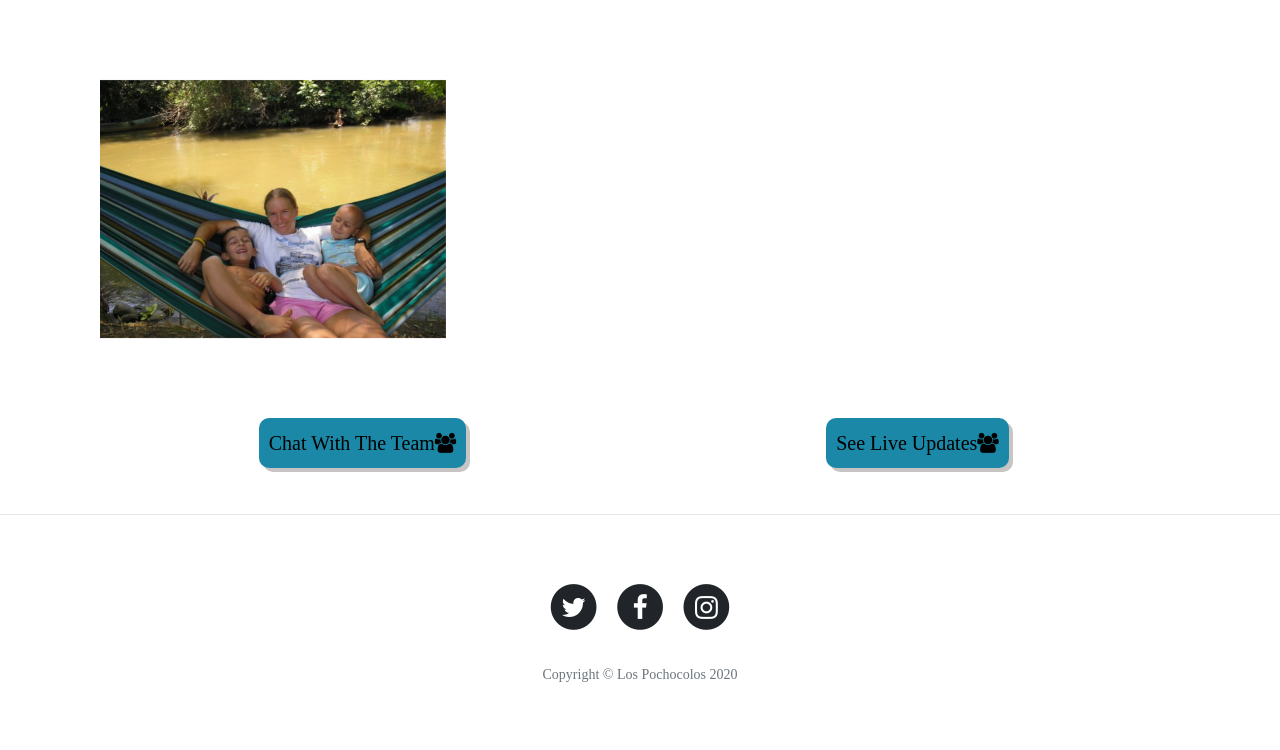
Repository: cachimiro/los-pochoclos
Page: http://localhost/charity
The author's editor kept a record of every edit. The page is drawn from the files as they stood at one moment, then again after the next edit.
The browser window is 1280 px wide. The pictures show the part of the page from y = 1029 to 1779 px (the page is 1779 px tall).
Some web libraries are served in a nearby version. The page is served by the project's application, run on Flask 3 (run.py). Other server files are loaded and not shown. Queries for data that is not in the repository find no rows.

Above is the page before.
Console error: ReferenceError: emailjs is not defined

### templates/charity.html
{% extends 'base.html' %}

  {% block content %}

<!---- style for image slide show------><style>.mySlides {
  display: none;
}

img {
  vertical-align: middle;
}

/* Slideshow container */

.slideshow-container {
  max-width: 1000px;
  position: relative;
  margin: auto;
}


/* Fading animation */

.fade {
  -webkit-animation-name: fade;
  -webkit-animation-duration: 3s;
  animation-name: fade;
  animation-duration: 3s;
  width: 80%;


}

@-webkit-keyframes fade {
  from {
    opacity: .4
  }
  to {
    opacity: 1
  }
}

@keyframes fade {
  from {
    opacity: .4
  }
  to {
    opacity: 1
  }
}

/* On smaller screens, decrease text size */

@media only screen and (max-width: 300px) {
  .text {
    font-size: 11px
  }
}

.header-what-we-do {
  margin-top: 100px;

}

/*---------- style for buttons at the end of the section*/

.col-lg-6,
.col-md-6,
.col-sm-6 button {
  text-align: center;
  padding: 10px;
}

button {
  margin: 20px;
  border-radius: 10px;
  text-decoration: none;
  background-color: #1a88a6;
  border: none;
  box-shadow: 4px 4px #c8c4c4;
}




</style>
<h2> {{ page_title }} </h2>
<header class="masthead" style="background-image: url('https://scontent-lht6-1.xx.fbcdn.net/v/t1.0-9/198979_183783401664354_8256655_n.jpg?_nc_cat=107&_nc_ohc=fo7OV44w-2MAQn056HLddJiNwwdMlJGb7H2xHXyMq6WGMhgtGDJShV99A&_nc_ht=scontent-lht6-1.xx&oh=b607f42559864e66febb7cb282797aff&oe=5E6CB1C7')">
  <div class="overlay">
    </div>
  <div class="container">
    <div class="row"
    ><div class="col-lg-8 col-md-10 mx-auto">
      <div class="post-heading">
      {% for char in chars %}

<h1 style=" text-align:  center; margin:10px">
{{ char.title }}
</h1>
<h2 class="subheading" style=" text-align:  center">
   {{ char.title2 }}
</h2>
{% endfor %}
</div>
</div>
</div>
</div>
</header>
<section>
   {% for data_cha in chas %}
<div class="container">
  <div class="row">
<div class="col-lg-7 col-md-7 ">
  <h3 class="header-what-we-do">
  {{ data_cha.title }}
</h3>
<p>
{{ data_cha.subject }}

</p>
{% endfor %}

<div class="col-lg-5 col-md-5 " id="slide-show-photos">
  <div class="slideshow-container">
    <div class="mySlides fade">
      <img src="../static/img/tanya.jpg" style="width:100%">
      </div>
      <div class="mySlides fade">
        <img src="../static/img/tanya johann me.jpg" style="width:100%">
        </div>
        <div class="mySlides fade">
          <img src="https://scontent-lht6-1.xx.fbcdn.net/v/t1.0-9/25386_102864843089544_4935509_n.jpg?_nc_cat=103&_nc_ohc=gEBut99aF3IAQkGh2dldj7rDEqOye1kls_eliVdeWwcZ1DdaCadag5gFQ&_nc_ht=scontent-lht6-1.xx&oh=cae8cc26c64154a938cf9d5bbbaead0b&oe=5E72ED2F" style="width:100%">
          </div>
          <div class="mySlides fade">
            <img src="https://scontent-lht6-1.xx.fbcdn.net/v/t1.0-9/180900_177976592245035_1671228_n.jpg?_nc_cat=109&_nc_ohc=qDvnJq8rDvAAQloh-x4Y1ss8SHi2GQDt0S3Kc7WZ157JWn1C8r6mT0zFA&_nc_ht=scontent-lht6-1.xx&oh=0b086a2d586bd58b9278851fe02b9c69&oe=5E89726A" style="width:100%">
            </div>
            <div class="mySlides fade">
              <img src="https://scontent-lht6-1.xx.fbcdn.net/v/t1.0-9/39856_129568613752500_1749319_n.jpg?_nc_cat=107&_nc_ohc=VbtnikZ4UBIAQm_39U4ICHl5PVwWSM9EfFt46WSFkuyafOAVk16vLfBNQ&_nc_ht=scontent-lht6-1.xx&oh=3916972b16bf0ef1aaa6dbd30f918e8c&oe=5E857C1F" style="width:100%">
              </div>
              <div class="mySlides fade">
                <img src="https://scontent-lht6-1.xx.fbcdn.net/v/t1.0-9/23616_102168856492476_1335747_n.jpg?_nc_cat=100&_nc_ohc=_Y0Ii_6dvjcAQld-oXSXNZD6aHam7c5aFn1_Psz9tGSr24VNRF43ApxNg&_nc_ht=scontent-lht6-1.xx&oh=45c7b910adaab8b106013aae4438ef9c&oe=5E7C4A69" style="width:100%">
                </div>
                <div class="mySlides fade">
                  <img src="https://scontent-lht6-1.xx.fbcdn.net/v/t1.0-9/23616_102168843159144_7658005_n.jpg?_nc_cat=105&_nc_ohc=C1_1UhY55poAQmDDsgh1mSU5BhCB98OIYsiea9VLHcAAWtw3R7zCmK9Qw&_nc_ht=scontent-lht6-1.xx&oh=c30c6dd46ef4eb20c48488902b23b23b&oe=5E679151" style="width:100%">
                  </div>
                  <div class="mySlides fade">
                    <img src="https://scontent-lht6-1.xx.fbcdn.net/v/t1.0-9/23616_102168839825811_4312866_n.jpg?_nc_cat=103&_nc_ohc=7XZMiaFhE68AQlGjjlRyDXl-6vRoc4kv43HAD3T51gYsdx9m0FwPdykvA&_nc_ht=scontent-lht6-1.xx&oh=14b57c4db923190f0b434e5ee2c40ac8&oe=5E84D878" style="width:100%">
                    </div>
                    <div class="mySlides fade">
                      <img src="https://scontent-lht6-1.xx.fbcdn.net/v/t1.0-9/23616_102168826492479_7425229_n.jpg?_nc_cat=102&_nc_ohc=P069FW_Xm0MAQmMMkUpeGYPFX3nCmj2GIx885TjCuPyCAKm8NxeiozWWA&_nc_ht=scontent-lht6-1.xx&oh=7587277eeb2a455100c6cf21e5ccabec&oe=5E7725B3" style="width:100%">
                      </div>
                      <div class="mySlides fade">
                        <img src="https://scontent-lht6-1.xx.fbcdn.net/v/t1.0-9/23616_102168796492482_5337829_n.jpg?_nc_cat=111&_nc_ohc=h9tve8Wh-joAQlkQ4HomnAXcCsh_u3Y_tedr8m8sGSzLUf8caP8--Y27g&_nc_ht=scontent-lht6-1.xx&oh=75648782b4571c95bec1810f26d56d2e&oe=5E6C4F18" style="width:100%">
                        </div>
                        </div>
                        </div>

<div class="container">
<div class="row">
<div class="col-lg-6 col-md-6 col-sm-6">
<button>Chat With The Team<i class="fa fa-users">
</i>
</button>
</div>
<div class="col-lg-6 col-md-6 col-sm-6">
<button>See Live Updates<i class="fa fa-users"></i></button>
</div>
</div>
</div>
</section>

<script>
var slideIndex=0;
showSlides();

function showSlides() {
  var i;
  var slides=document.getElementsByClassName("mySlides");
  var stopSlideShow=document.getElementsByClassName('stop-Slide-Show');
  for (i=0;
  i < slides.length;
  i++) {
    slides[i].style.display="none";
  }
  slideIndex++;
  if (slideIndex > slides.length) {
    slideIndex=1
  }

  slides[slideIndex-1].style.display="block";
  setTimeout(showSlides, 3000); // Change image every 2 seconds
}




</script>
{% endblock %}

### templates/base.html
<!DOCTYPE html>
<html lang="en">
<head>
    <meta charset="UTF-8">
    <meta name="viewport" content="width=device-width, initial-scale=1.0">
    <meta http-equiv="X-UA-Compatible" content="ie=edge">
    <link href="https://stackpath.bootstrapcdn.com/font-awesome/4.7.0/css/font-awesome.min.css" rel="stylesheet" integrity="sha384-wvfXpqpZZVQGK6TAh5PVlGOfQNHSoD2xbE+QkPxCAFlNEevoEH3Sl0sibVcOQVnN" crossorigin="anonymous">
    <link href="{{ url_for('static', filename='vendor/bootstrap/css/bootstrap.min.css') }}" rel="stylesheet">
    <link rel="stylesheet" href="{{ url_for('static', filename='css/clean-blog.min.css') }}" type="text/css" />
    <link rel="stylesheet" href="{{ url_for('static', filename='css/style.css') }}" type="text/css" />
    <title>Los Pochocolos</title>
    <script type="text/javascript" src="https://cdn.jsdelivr.net/npm/emailjs-com@2.3.2/dist/email.min.js"></script>
<script type="text/javascript" src="//ajax.googleapis.com/ajax/libs/jquery/2.1.1/jquery.min.js"></script>

<script type="text/javascript" src="https://cdn.jsdelivr.net/npm/emailjs-com@2.3.2/dist/email.min.js"></script>
<script type="text/javascript">
   (function(){
      emailjs.init("user_UmSeo27b55xmNHfUBgKB0");
   })();
</script>
</head>
<body>

    <!-- Navigation -->
    <nav class="navbar navbar-expand-lg navbar-light fixed-top" id="mainNav">
        <div class="container">
            <a class="navbar-brand" href="{{url_for('index') }}">Finca Los Pochocolos</a>
            <!--login for admin-->
            <a id="staff" href="{{url_for('log') }}" >
            <i class="fa fa-address-card"></i>
            </a>



            <button class="navbar-toggler navbar-toggler-right" type="button" data-toggle="collapse" data-target="#navbarResponsive" aria-controls="navbarResponsive" aria-expanded="false" aria-label="Toggle navigation">
          Menu
          <i class="fa fa-bars"></i>
        </button>
            <div class="collapse navbar-collapse" id="navbarResponsive">
                <ul class="navbar-nav ml-auto">
                    <li class="nav-item">
                        <a class="nav-link" href="{{ url_for('index') }}">Home</a>
                    </li>
                    <li class="nav-item">
                        <a class="nav-link" href="{{ url_for('rooms') }}">Rooms</a>
                    </li>
                    <li class="nav-item">
                        <a class="nav-link" href="{{ url_for('about') }}">About</a>
                    </li>
                    <li class="nav-item">
                        <a class="nav-link" href="{{ url_for('contact') }}">Contact</a>
                    </li>
                       <li class="nav-item">
                        <a class="nav-link" href="{{ url_for('charity') }}">Charity</a>
                    </li>
                </ul>
            </div>
        </div>
    </nav>

    <!-- Page Header -->
   <!--- <header class="masthead" style="background-image: url('https://berakatours.com/wp-content/uploads/2017/09/Avistamiento-Aves-Colombia.jpg')">----->
          <header class="masthead" style="background-image: url('../static/img/casa-pano.jpg')">
        <div class="overlay"></div>
        <div class="container">
            <div class="row">
                <div class="col-lg-8 col-md-10 mx-auto">
                    <div class="site-heading">
                         <h1>Los Pochocolos</h1>
                        <span class="subheading">Turismo En La Guajira Colombia</span>
                    </div>
                </div>
            </div>
        </div>
    </header>

    <!-- Main Content -->
    <div class="container">
        {% block content %} {% endblock %}
    </div>

    <hr>

    <!-- Footer -->
    <footer>
        <div class="container">
            <div class="row">
                <div class="col-lg-8 col-md-10 mx-auto">
                    <ul class="list-inline text-center">
                        <li class="list-inline-item">
                            <a href="#">
                                <span class="fa-stack fa-lg">
                    <i class="fa fa-circle fa-stack-2x"></i>
                    <i class="fa fa-twitter fa-stack-1x fa-inverse"></i>
                  </span>
                            </a>
                        </li>
                        <li class="list-inline-item">
                            <a href="#">
                                <span class="fa-stack fa-lg">
                    <i class="fa fa-circle fa-stack-2x"></i>
                    <i class="fa fa-facebook fa-stack-1x fa-inverse"></i>
                  </span>
                            </a>
                        </li>
                        <li class="list-inline-item">
                            <a href="#">
                                <span class="fa-stack fa-lg">
                    <i class="fa fa-circle fa-stack-2x"></i>
                    <i class="fa fa-instagram fa-stack-1x fa-inverse"></i>
                  </span>
                            </a>



                        </li>
                    </ul>
                    <p class="copyright text-muted">Copyright &copy; Los Pochocolos 2020</p>
                </div>
            </div>
        </div>
    </footer>

    <!-- Bootstrap core JavaScript -->
    <script src="{{ url_for('static', filename='vendor/jquery/jquery.min.js') }}"></script>
    <script src="{{ url_for('static', filename='vendor/bootstrap/js/bootstrap.bundle.min.js') }}"></script>

    <!-- Custom scripts for this template -->
    <script src="{{ url_for('static', filename='js/clean-blog.min.js') }}"></script>

    <!--my js code-->
     <script type="text/javascript" src="https://cdnjs.cloudflare.com/ajax/libs/jquery/3.4.1/jquery.min.js"></script>

     <script src="{{ url_for('static', filename='js/main.js') }}"></script>






</body>
</html>

### run.py
import os
import json
import click
from flask import Flask, render_template, request,redirect, flash, url_for
from flask_pymongo import PyMongo
from bson.objectid import ObjectId




app = Flask(__name__)
app.config["MONGO_DBNAME"] = 'reviews'
app.config["MONGO_URI"] = "mongodb+srv://root:Johann@myfirstcluster-ugp0n.mongodb.net/reviews?retryWrites=true&w=majority"

mongo = PyMongo(app)
app.secret_key = "cachimiro"



@app.route('/')
def index():
    return render_template("index.html")


# code to be ble to see reviews
@app.route('/view_reviews')
def get_reviews():
    return render_template("reviews.html", opinions=mongo.db.opinion.find())



        # TODO: write code...
# this line of code will allow costumesr to add reviews
@app.route('/add_review')
def add_review():
    return render_template('add-reviews.html')


@app.route('/add_review', methods=['POST'])
def insert_reviews():
    reviews = mongo.db.opinion
    reviews.insert_one(request.form.to_dict())
    return redirect(url_for('get_reviews'))

# code for conecting templates


@app.route('/about')
def about():
    data = []
    with open("data/company.json", "r") as json_data:
        data = json.load(json_data)
    return render_template("about.html",company=data, abouts=mongo.db.about.find())
# code to be able so the costumer can edit the about section

@app.route('/update_about')
def update_about_data():
    return render_template("admin-about.html", abouts=mongo.db.about.find())


@app.route('/update_about/<about_id>', methods=["POST"])
def update_about(about_id):
    about = mongo.db.about
    about.update( {'_id': ObjectId(about_id)},
    {
        'title':request.form.get('title'),
        'subject': request.form.get('subject'),

    })
    return redirect(url_for('Admin_update_reviews_and_more'))

@app.route('/about/<member_name>')
def about_member(member_name):
    member = {}

    with open("data/company.json", "r") as json_data:
        data = json.load(json_data)
        for obj in data:
            if obj["url"] == member_name:
                member = obj

    return render_template("member.html", member=member)




@app.route('/contact')
def contact():
 return render_template("contact.html", page_title="Contact",)


@app.route('/rooms')
def rooms():
   return render_template("rooms.html", page_title="Rooms",fans=mongo.db.fan.find(),acs=mongo.db.ac.find(),cabins=mongo.db.cabin.find(),camps=mongo.db.camp.find())


# to be able to update the rooms information
@app.route('/update_room')
def update_room_data():
    return render_template("admin-room.html", fans=mongo.db.fan.find())

@app.route('/update_rooms/<fan_id>', methods=["POST"])
def update_rooms(fan_id):
    fan = mongo.db.fan
    fan.update( {'_id': ObjectId(fan_id)},
    {
        'title':request.form.get('title'),
        'price':request.form.get('price'),
        'subject': request.form.get('subject'),

    })
    return redirect(url_for('Admin_update_reviews_and_more'))

@app.route('/update_room_ac')
def update_room_ac():
    return render_template("admin-ac.html", acs=mongo.db.ac.find())

@app.route('/update_rooms_ac/<ac_id>', methods=["POST"])
def update_rooms_ac(ac_id):
    ac = mongo.db.ac
    ac.update( {'_id': ObjectId(ac_id)},
    {
        'title':request.form.get('title'),
        'price':request.form.get('price'),
        'subject':request.form.get('subject'),

    })
    return redirect(url_for('Admin_update_reviews_and_more'))

@app.route('/update_room_cabin')
def update_room_cabin():
    return render_template("admin-cabin.html", cabins=mongo.db.cabin.find())

@app.route('/update_rooms_cabin/<cabin_id>', methods=["POST"])
def update_rooms_cabin(cabin_id):
    cabin = mongo.db.cabin
    cabin.update( {'_id': ObjectId(cabin_id)},
    {
        'title':request.form.get('title'),
        'price':request.form.get('price'),
        'subject':request.form.get('subject'),

    })
    return redirect(url_for('Admin_update_reviews_and_more'))

@app.route('/update_room_camp')
def update_room_camp():
    return render_template("admin-camp.html", camps=mongo.db.camp.find())

@app.route('/update_rooms_camp/<camp_id>', methods=["POST"])
def update_rooms_camp(camp_id):
    camp = mongo.db.camp
    camp.update( {'_id': ObjectId(camp_id)},
    {
        'title':request.form.get('title'),
        'price':request.form.get('price'),
        'subject':request.form.get('subject'),

    })
    return redirect(url_for('Admin_update_reviews_and_more'))
#  code so that the charity information can be diplayed and the the manager can update the information

@app.route('/charity')
def charity():
   return render_template("charity.html", page_title="charity",datas=mongo.db.data.find(), chas=mongo.db.data_cha.find(), chars=mongo.db.char.find())



@app.route('/update_charity')
def update_charity_info():
    return render_template("admin-charity.html", chars=mongo.db.char.find())


@app.route('/update_charity_info/<char_id>', methods=["POST"])
def update_charity(char_id):
    char = mongo.db.char
    char.update( {'_id': ObjectId(char_id)},
    {
        'title':request.form.get('title'),
        'title2':request.form.get('title2'),

    })
    return redirect(url_for('Admin_update_reviews_and_more'))

@app.route('/update_charity_1')
def update_charity_info_1():
    return render_template("admin-1.html",datas=mongo.db.data.find())


@app.route('/update_charity_info_1/<data_id>', methods=["POST"])
def update_charity_data(data_id):
    data = mongo.db.data
    data.update( {'_id': ObjectId(data_id)},
    {
        'title':request.form.get('title'),
        'subject':request.form.get('subject'),

    })
    return redirect(url_for('Admin_update_reviews_and_more'))

@app.route('/update_charity_2')
def update_charity_info_2():
    return render_template("admin-2.html",chas=mongo.db.data_cha.find())


@app.route('/update_charity_info_2/<cha_id>', methods=["POST"])
def update_charity_data_1(cha_id):
    data_cha = mongo.db.data_cha
    data_cha.update( {'_id': ObjectId(cha_id)},
    {
        'title':request.form.get('title'),
        'subject':request.form.get('subject'),

    })
    return redirect(url_for('Admin_update_reviews_and_more'))



@app.route('/adminhdfsgeydhfustsgdjftstjdctstehdjj')
def Admin_update_reviews_and_more():
   return render_template("admin.html")

# this line of code is for the managers to update their reviews and delete them
@app.route('/admin_reviews')
def Admin_update_reviews():
   return render_template("admin-reviews.html", opinions=mongo.db.opinion.find())


@app.route('/edit_review/<opinion_id>')
def edit_review(opinion_id):
    the_opinion =  mongo.db.opinion.find_one({"_id": ObjectId(opinion_id)})
    return render_template('update.html', opinion=the_opinion)


@app.route('/update_opinion/<opinion_id>', methods=["POST"])
def update_opinion(opinion_id):
    opinion = mongo.db.opinion
    opinion.update( {'_id': ObjectId(opinion_id)},
    {
        'name':request.form.get('name'),
        'surname':request.form.get('surname'),
        'Title': request.form.get('Title'),
        'Opinion': request.form.get('Opinion'),
        'how_would_you_improve_it':request.form.get('how_would_you_improve_it')
    })
    return redirect(url_for('Admin_update_reviews_and_more'))


@app.route('/delete_opinion/<opinion_id>')
def delete_opinion(opinion_id):
    mongo.db.opinion.remove({'_id': ObjectId(opinion_id)})
    return redirect(url_for('Admin_update_reviews_and_more'))



@app.route('/login')
def log():
    return render_template('login.html')

@app.route('/loginhdyrfjksyeygdhjdysttdhfjjdsyydhfjdjsyhdhd', methods=['GET', 'POST'])
def login():
   error = None
   if request.method == 'POST':
       if request.form['username'] !='tiggy-curry' or request.form['password'] !='Antigone1':
           error = "invalid information please try again."
       else:
           session['logged_in'] = True
           flash('You are in! ')
           return render_template('admin.html')
       return render_template('login.html', error=error)


@app.route('/logout')
def logout():
    session.pop('logged_in', None)
    flash('You are logged out! ')
    return redirect(url_for('log'))




if __name__ == '__main__':
    app.run(host=os.environ.get('IP'),
            port=int(os.environ.get('PORT')),
            debug=False)

### static/css/style.css
.col-md-5 img {
    width: 50%;
    height: 50%;
    margin-top: 30px;
    margin-bottom: 50px;

}

### static/js/main.js
function showMore(id) {
   var truncateReviews = document.getElementById(id+"_truncated");
  var fullReviews = document.getElementById(id+"_full");
  var show = document.getElementById(id+"_show");
document.getElementById(id+"_show");
 if (truncateReviews.style.display =="block") {
   fullReviews.style.display = "block";
   truncateReviews.style.display = "none";
   show.innerText = "Show Less";


 } else{
   truncateReviews.style.display ="block";
   fullReviews.style.display ="none";
   show.innerText = "show More";

 }

 }

 function showMores(ids) {
   var truncateReviewss = document.getElementById(ids+"_truncateded");
  var fullReviewss = document.getElementById(ids+"_fulls");
  var shows = document.getElementById(ids+"_shows");
document.getElementById(ids+"_show");
 if (truncateReviewss.style.display =="block") {
   fullReviewss.style.display = "block";
   truncateReviewss.style.display = "none";
   shows.innerText = "show less";


 } else{
   truncateReviewss.style.display ="block";
   fullReviewss.style.display ="none";
   shows.innerText = "show More";

 }

 }

Loaded but not shown: static/css/clean-blog.min.css (library); static/js/clean-blog.min.js (common file)

After the next edit:
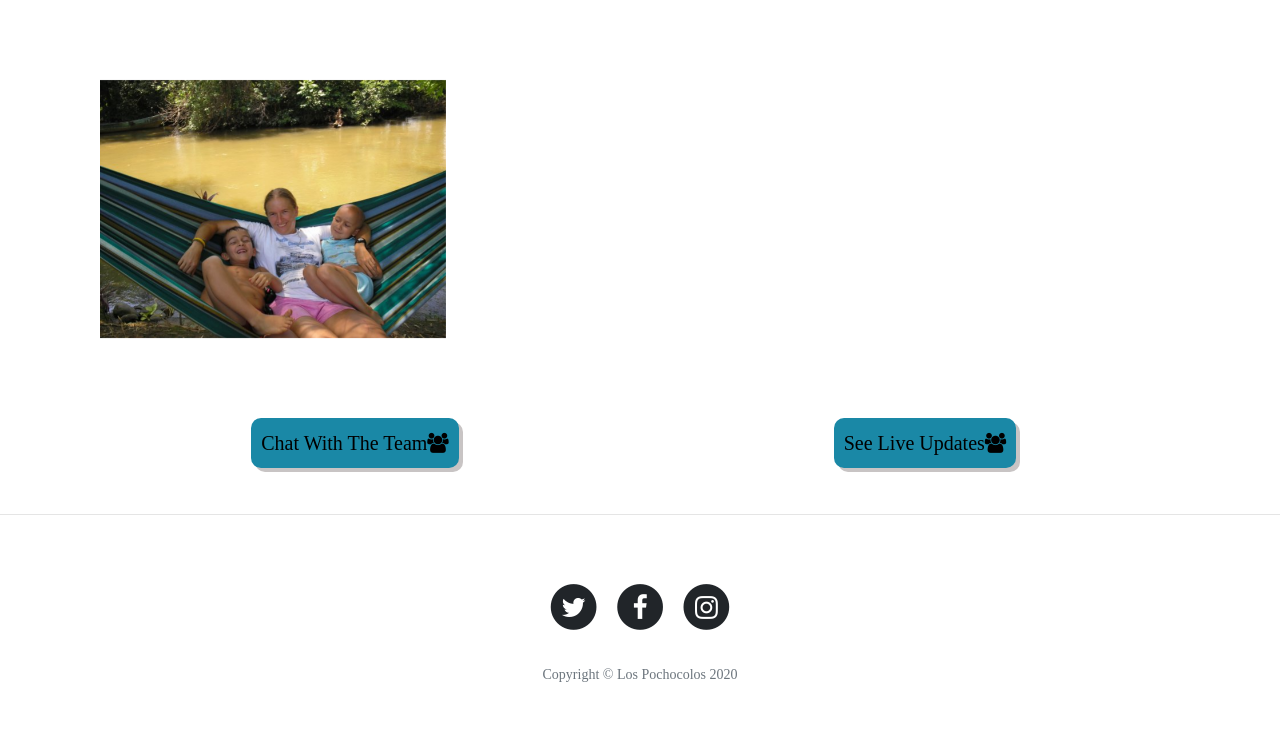
The edit:
--- a/templates/charity.html
+++ b/templates/charity.html
@@ -155,6 +155,8 @@
                         </div>
                         </div>
 
+                        </div>
+</div>
 <div class="container">
 <div class="row">
 <div class="col-lg-6 col-md-6 col-sm-6">
